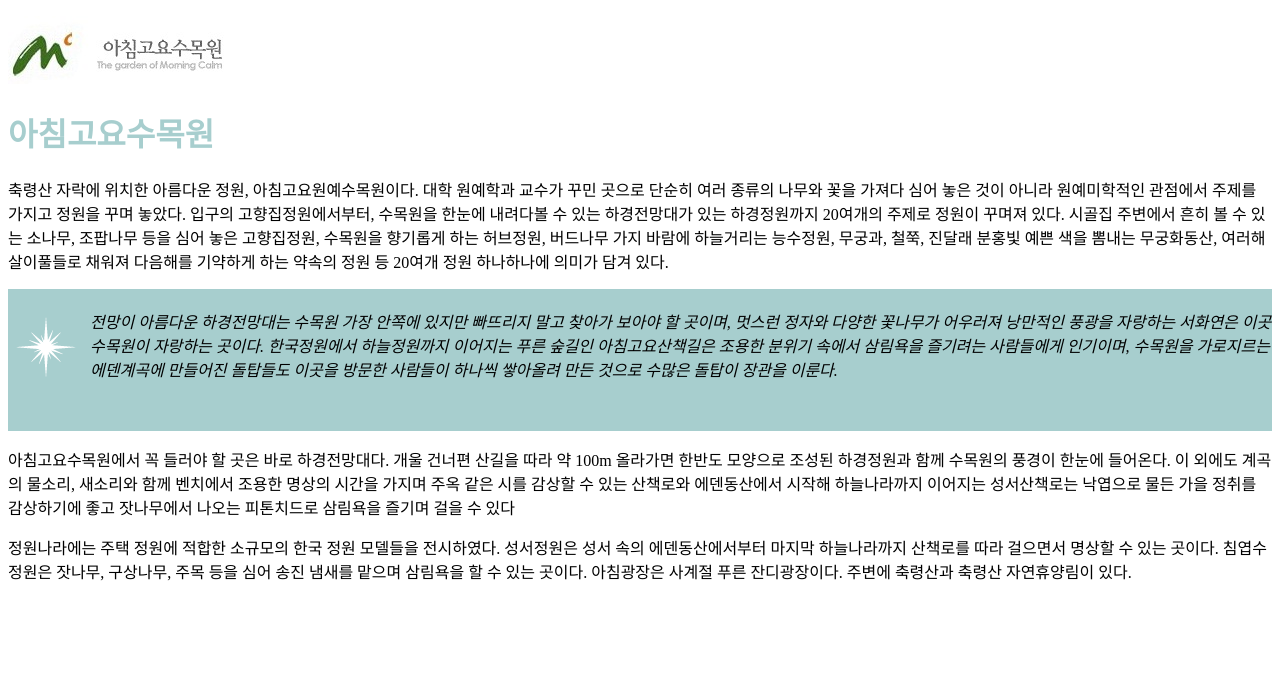
Repository: snowcuphea/webwork_class
Page: clientweb/WebContent/css/boxmodel_exam.html
These files come from the project's save history. The page is drawn as it stood at one moment and after the next save; the edit follows.
The browser window is 1280 px wide. The pictures show the whole page.

Above is the page before, as saved 2020-01-03 06:22:30.

### clientweb/WebContent/css/boxmodel_exam.html
<!DOCTYPE html>
<html>
<head>
<meta charset="EUC-KR">
<title>Insert title here</title>

	<link type="text/css" rel = "stylesheet"
	href = "../common/css/box_exam_garden.css"></style>
 </head>
<body>
	<p><img src="../images/logo.jpg" alt="아침고요수목원" /></p>
    <h1>아침고요수목원</h1>
    <p>
     축령산 자락에 위치한 아름다운 정원, 아침고요원예수목원이다. 대학 원예학과 교수가 꾸민 곳으로 단순히 여러 종류의 나무와
     꽃을 가져다 심어 놓은 것이 아니라 원예미학적인 관점에서 주제를 가지고 정원을 꾸며 놓았다. 입구의 고향집정원에서부터,
     수목원을 한눈에 내려다볼 수 있는 하경전망대가 있는 하경정원까지 20여개의 주제로 정원이 꾸며져 있다.
     시골집 주변에서 흔히 볼 수 있는 소나무, 조팝나무 등을 심어 놓은 고향집정원, 수목원을 향기롭게 하는 허브정원,
      버드나무 가지 바람에 하늘거리는 능수정원, 무궁과, 철쭉, 진달래 분홍빛 예쁜 색을 뽐내는 무궁화동산, 여러해살이풀들로
      채워져 다음해를 기약하게 하는 약속의 정원 등 20여개 정원 하나하나에 의미가 담겨 있다.


    </p>
    <p id = "beautiful" >
    <img id ="a" src="../images/background.gif">
     전망이 아름다운 하경전망대는 수목원 가장 안쪽에 있지만 빠뜨리지 말고 찾아가 보아야 할 곳이며, 멋스런 정자와 다양한 꽃나무가
     어우러져 낭만적인 풍광을 자랑하는 서화연은 이곳 수목원이 자랑하는 곳이다. 한국정원에서 하늘정원까지 이어지는 푸른 숲길인
     아침고요산책길은 조용한 분위기 속에서 삼림욕을 즐기려는 사람들에게 인기이며, 수목원을 가로지르는 에덴계곡에 만들어진
      돌탑들도 이곳을 방문한 사람들이 하나씩 쌓아올려 만든 것으로 수많은 돌탑이 장관을 이룬다.

    </p>

    <p>
      아침고요수목원에서 꼭 들러야 할 곳은 바로 하경전망대다. 개울 건너편 산길을 따라 약 100m 올라가면 한반도 모양으로 조성된
      하경정원과 함께 수목원의 풍경이 한눈에 들어온다. 이 외에도 계곡의 물소리, 새소리와 함께 벤치에서 조용한 명상의 시간을
      가지며 주옥 같은 시를 감상할 수 있는 산책로와 에덴동산에서 시작해 하늘나라까지 이어지는 성서산책로는 낙엽으로 물든 가을
       정취를 감상하기에 좋고 잣나무에서 나오는 피톤치드로 삼림욕을 즐기며 걸을 수 있다


    </p>
    <p>
      정원나라에는 주택 정원에 적합한 소규모의 한국 정원 모델들을 전시하였다. 성서정원은 성서 속의 에덴동산에서부터 마지막
      하늘나라까지 산책로를 따라 걸으면서 명상할 수 있는 곳이다. 침엽수정원은 잣나무, 구상나무, 주목 등을 심어 송진 냄새를
       맡으며 삼림욕을 할 수 있는 곳이다. 아침광장은 사계절 푸른 잔디광장이다. 주변에 축령산과 축령산 자연휴양림이 있다.


    </p>

</body>
</html>

### clientweb/WebContent/common/css/box_exam_garden.css
@charset "EUC-KR";

h1{

	color : #a7cece;
}

#beautiful{

	background-color :#a7cece;
	padding-top: 20px;
	padding-bottom : 50px;
	font-style: italic;

}

#a{

	float : left;

	}

After the next save:
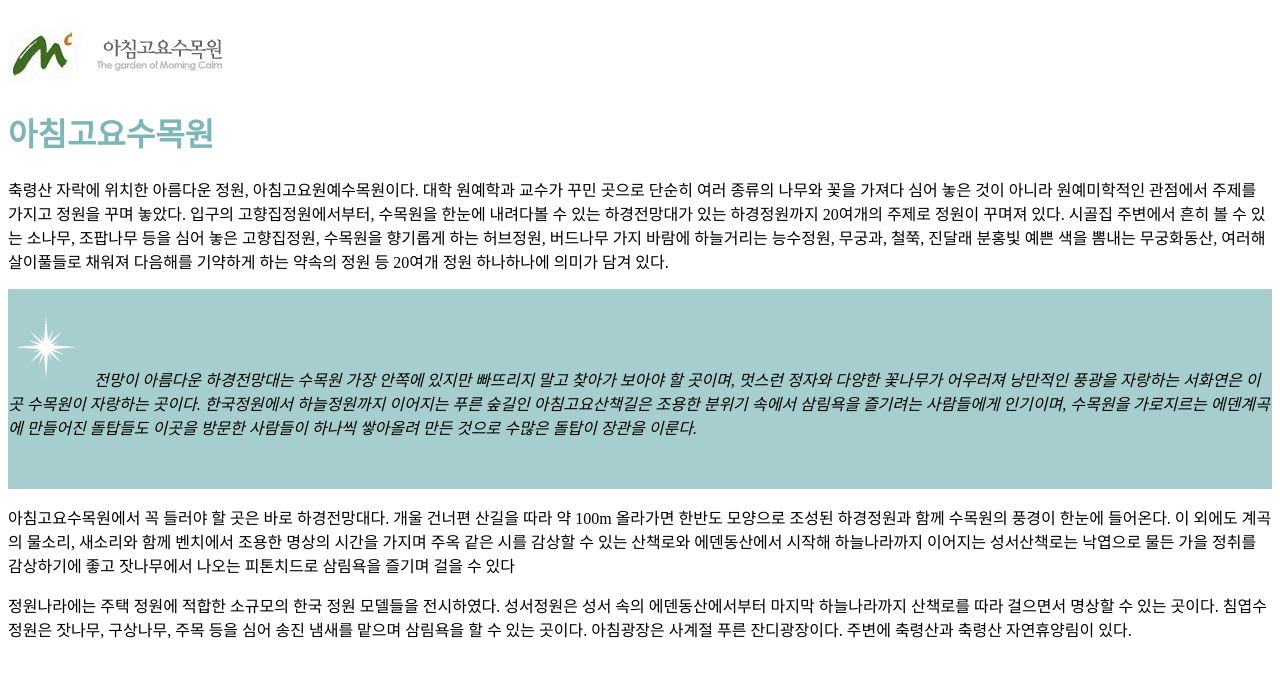
Saved 49 s later.
--- a/clientweb/WebContent/common/css/box_exam_garden.css
+++ b/clientweb/WebContent/common/css/box_exam_garden.css
@@ -2,7 +2,7 @@
 
 h1{
 
-	color : #a7cece;
+	color : #7cb6b9;
 }
 
 #beautiful{
@@ -14,7 +14,7 @@
 
 }
 
-#a{
+#star{
 
 	float : left;
 

After the save that followed:
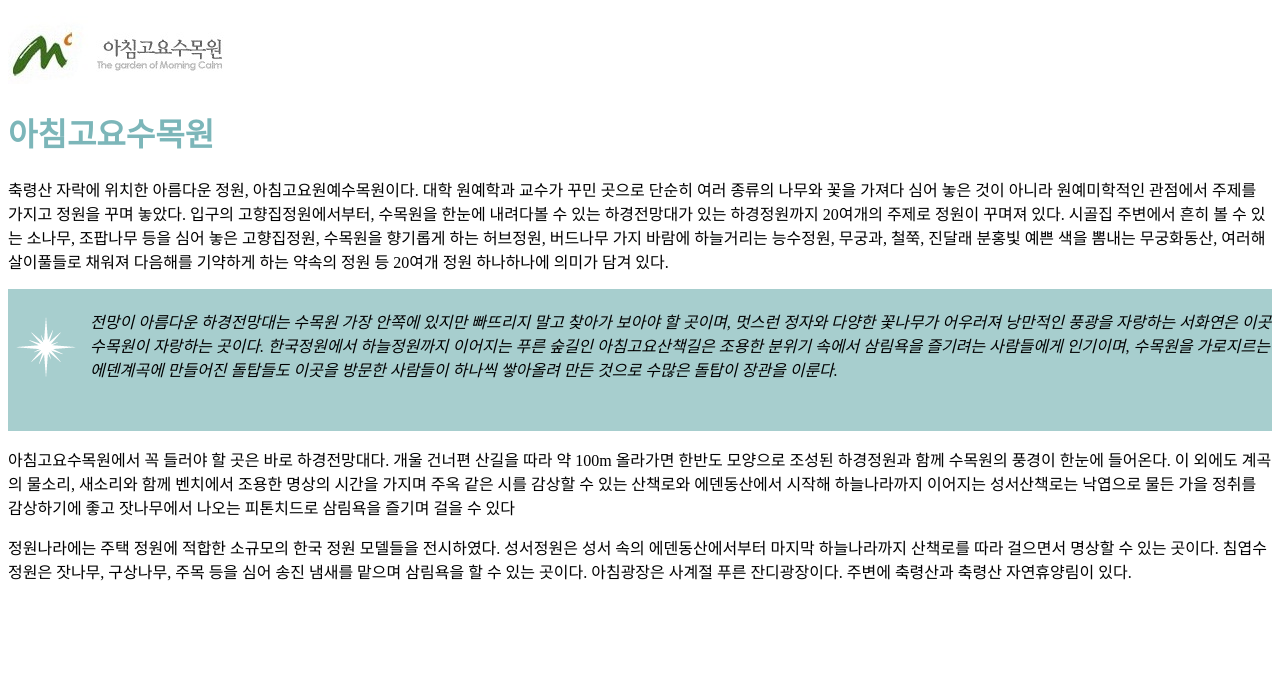
Saved 1 s later.
--- a/clientweb/WebContent/css/boxmodel_exam.html
+++ b/clientweb/WebContent/css/boxmodel_exam.html
@@ -21,7 +21,7 @@
 
     </p>
     <p id = "beautiful" >
-    <img id ="a" src="../images/background.gif">
+    <img id ="star" src="../images/background.gif">
      전망이 아름다운 하경전망대는 수목원 가장 안쪽에 있지만 빠뜨리지 말고 찾아가 보아야 할 곳이며, 멋스런 정자와 다양한 꽃나무가
      어우러져 낭만적인 풍광을 자랑하는 서화연은 이곳 수목원이 자랑하는 곳이다. 한국정원에서 하늘정원까지 이어지는 푸른 숲길인
      아침고요산책길은 조용한 분위기 속에서 삼림욕을 즐기려는 사람들에게 인기이며, 수목원을 가로지르는 에덴계곡에 만들어진
